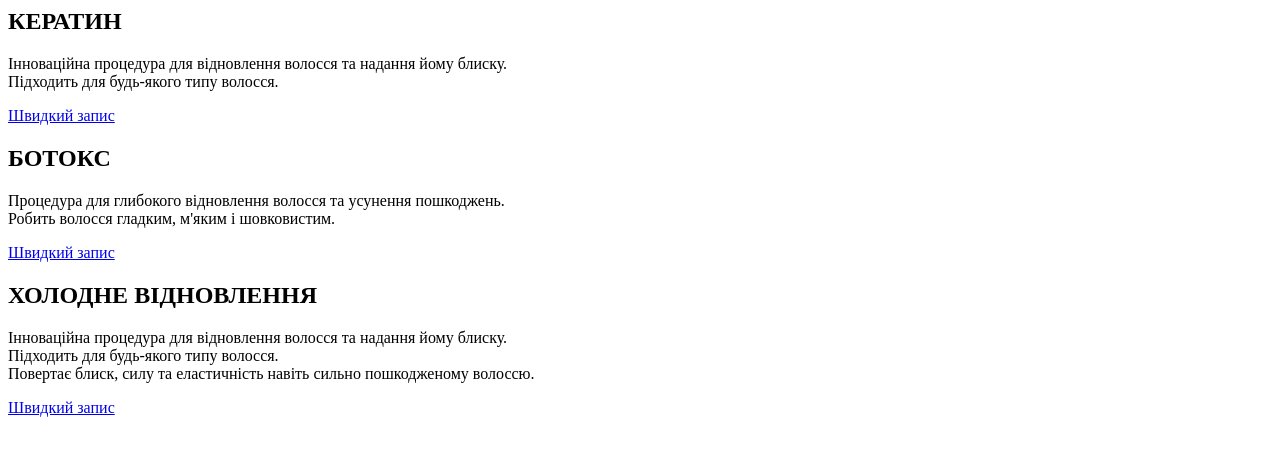
Repository: DianaKey/Keratin
Page: index.scroll.partial.html
The author's editor kept a copy of each file at every save. The page is drawn from the files as they stood at one save, then again after a run of saves.
The browser window is 1280 px wide. The pictures show the whole page.

Above is the page before, as saved 2025-09-04 12:51:14.

After the next 3 saves:
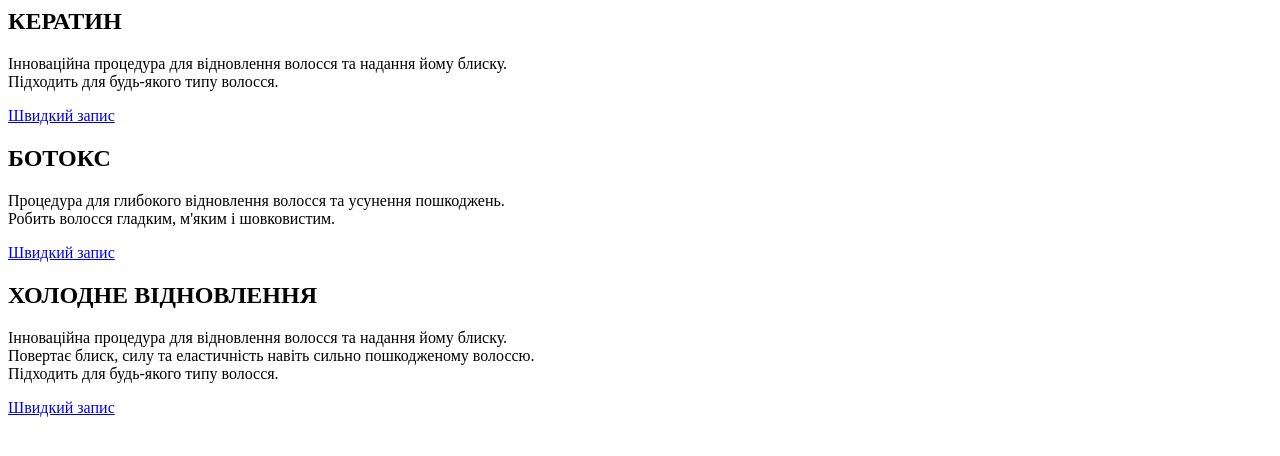
The 3 saves are shown as one change because they came seconds apart.
The last was saved 18 s later.
--- a/index.scroll.partial.html
+++ b/index.scroll.partial.html
@@ -28,8 +28,8 @@
     <h2 class="hero-section__title">ХОЛОДНЕ ВІДНОВЛЕННЯ</h2>
     <p class="hero-section__text">
       Інноваційна процедура для відновлення волосся та надання йому блиску.<br />
+      Повертає блиск, силу та еластичність навіть сильно пошкодженому волоссю.<br />
       Підходить для будь-якого типу волосся.<br />
-      Повертає блиск, силу та еластичність навіть сильно пошкодженому волоссю.<br />
     </p>
     <a class="hero-section__btn" href="#">Швидкий запис</a>
   </div>
